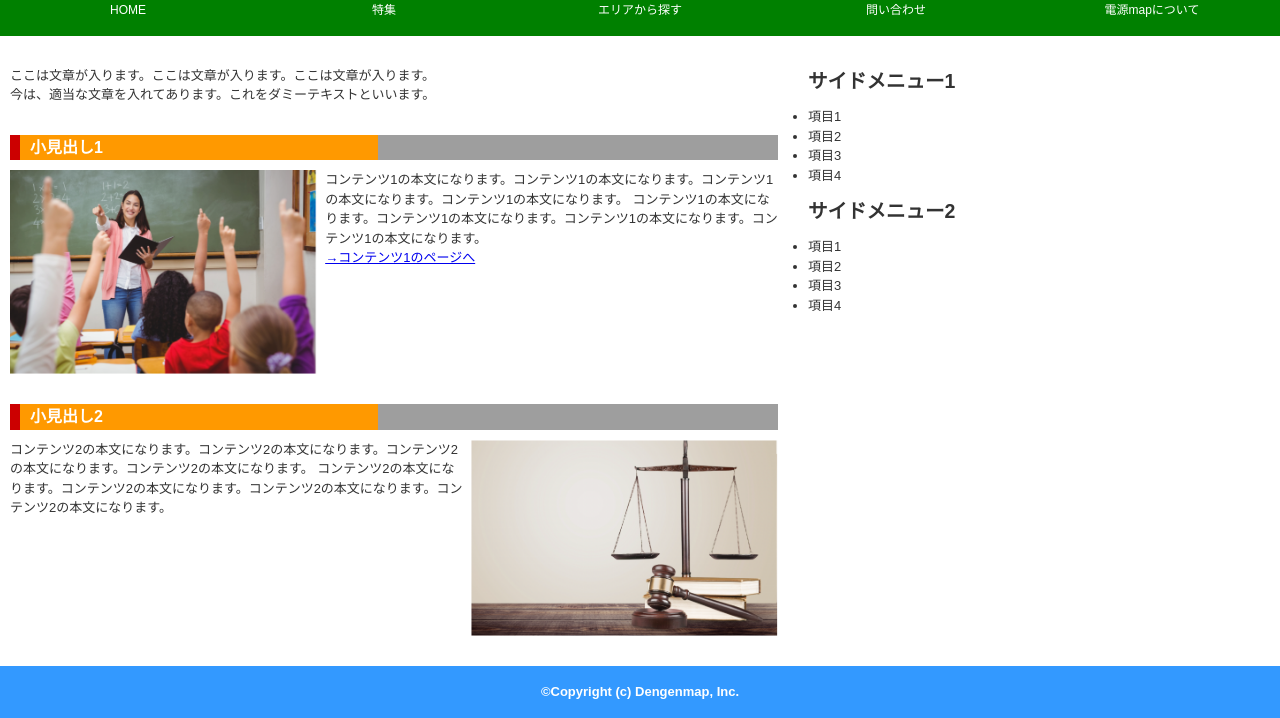
Repository: 0keiji0/samurai_HTML-CSS
Page: samplepage/home.html
The author's editor kept a record of every edit. The page is drawn from the files as they stood at one moment, then again after the next edit.
The browser window is 1280 px wide. The pictures show the part of the page from y = 986 to 1704 px (the page is 1704 px tall).
Pictures or frames that could not be fetched are drawn as grey boxes. A picture or video elsewhere on the page could not be fetched, so the positions and the page height are approximate.

Above is the page before.

After the next edit:
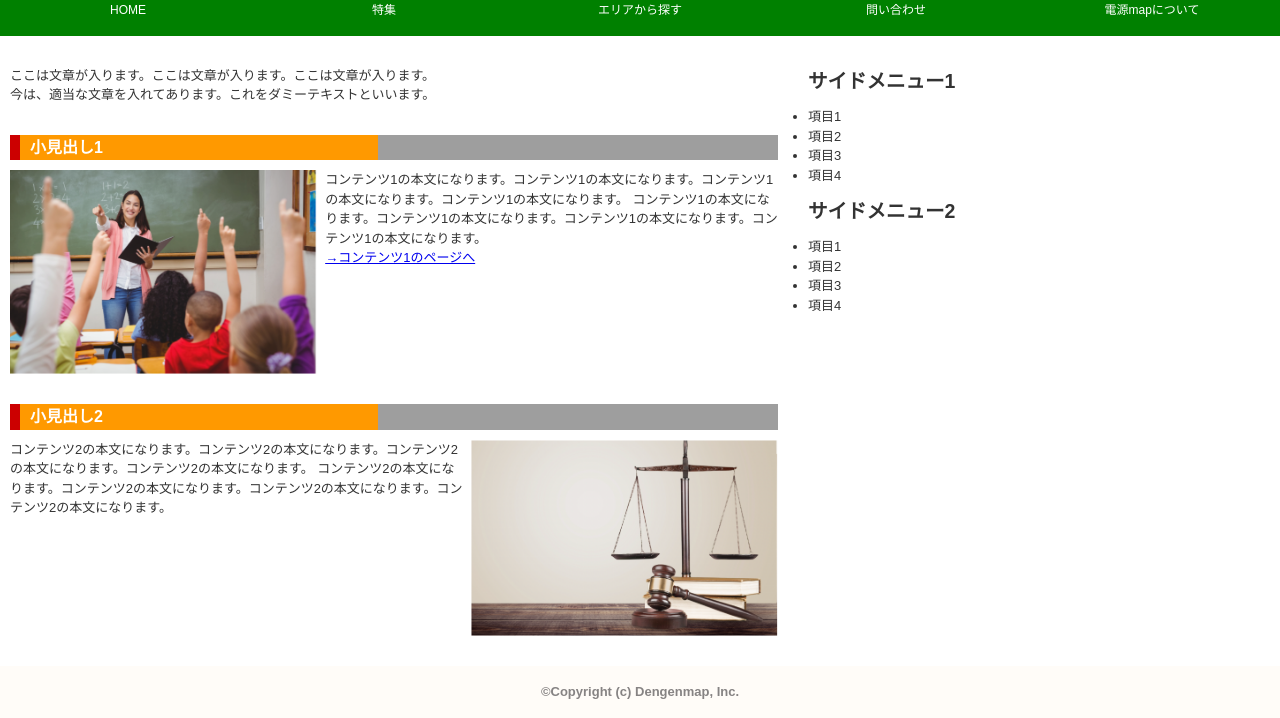
The edit:
--- a/samplepage/stylesheet.css
+++ b/samplepage/stylesheet.css
@@ -39,8 +39,8 @@
 	clear: both;
 	width: 100%;
 	padding: 3px 0 3px 0;
-	background: #39F;
-	color: #FFF;
+	background: #FFFCF8;
+	color: #868383;
 	font-weight: bold;
 	text-align: center;
 }
